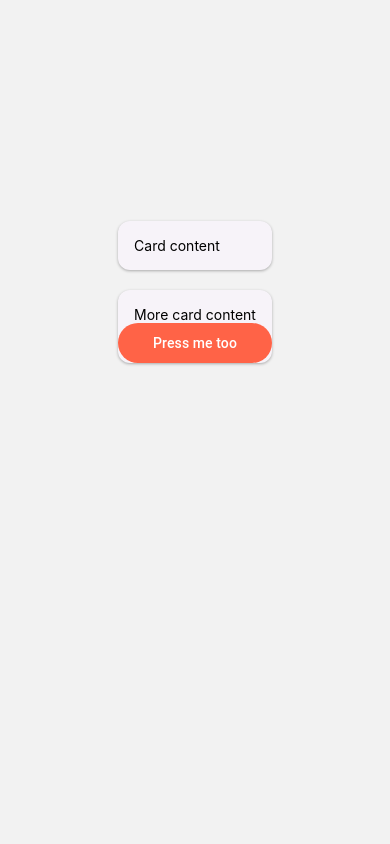
Repository: RidenShogunei/react-native-liveapp
Page: / (app in LiveTool/)
These files come from the project's save history. The page is drawn as it stood at one moment and after the next save; the edit follows.
The browser window is 390 px wide. The pictures show the whole page.
The app was drawn by React Native's web renderer in a window 390 px wide. The project was rebuilt for these pictures with package versions that can differ from the ones it lists, and the page was loaded fresh each time.

Above is the page before, as saved 2024-05-06 20:00:08.

After the next save:
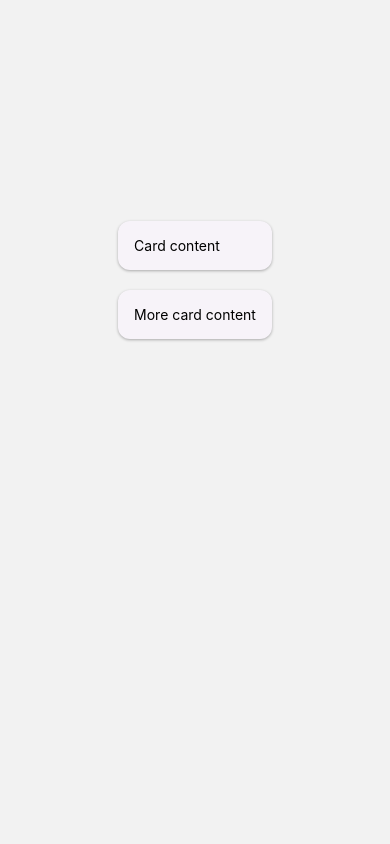
Saved 6 s later.
--- a/LiveTool/pages/mian.tsx
+++ b/LiveTool/pages/mian.tsx
@@ -15,9 +15,6 @@ function MainPage() {
             <Card.Content>
               <Text>More card content</Text>
             </Card.Content>
-            <Button mode="contained" onPress={() => console.log('Another button pressed')}>
-              Press me too
-            </Button>
           </Card>
           {/* 更多的 Card。。。 */}
         </View>
